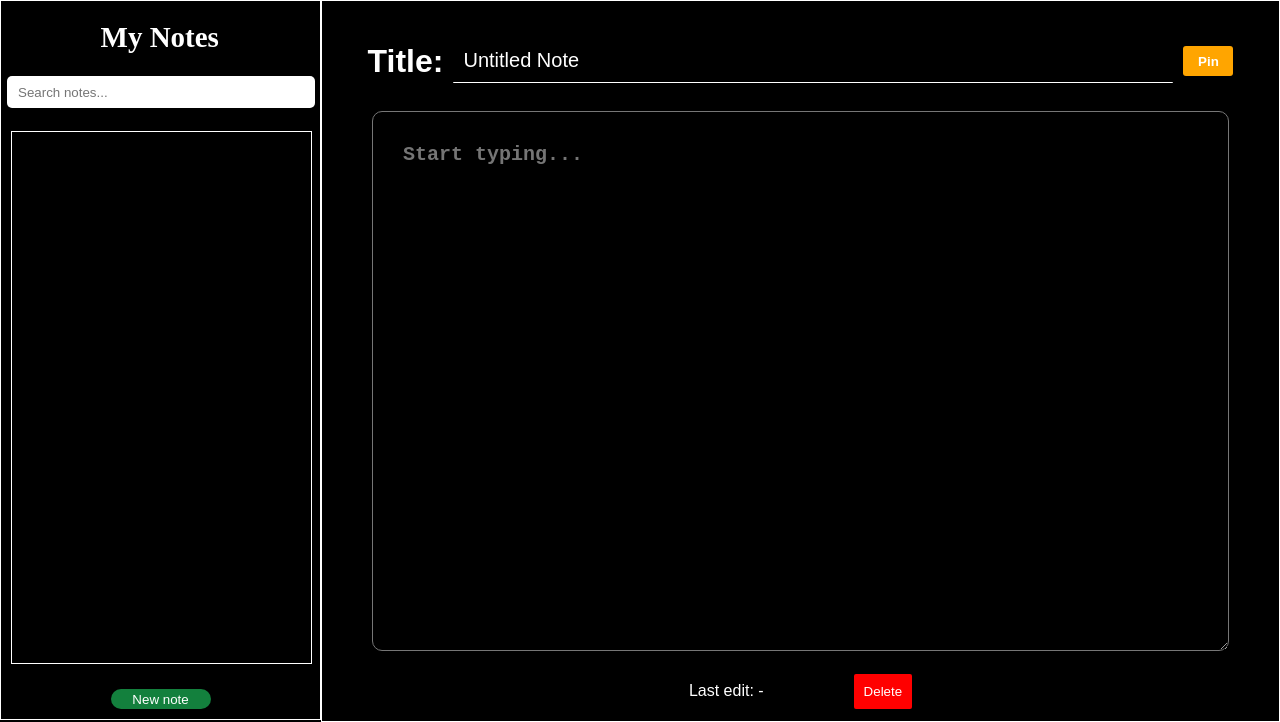
Repository: dmpelaez/myNotes
Page: QuickNotes.html
The author's editor kept a copy of each file at every save. The page is drawn from the files as they stood at one save, then again after the next save.
The browser window is 1280 px wide. The pictures show the whole page.

Above is the page before, as saved 2025-12-19 00:29:37.

After the next save:
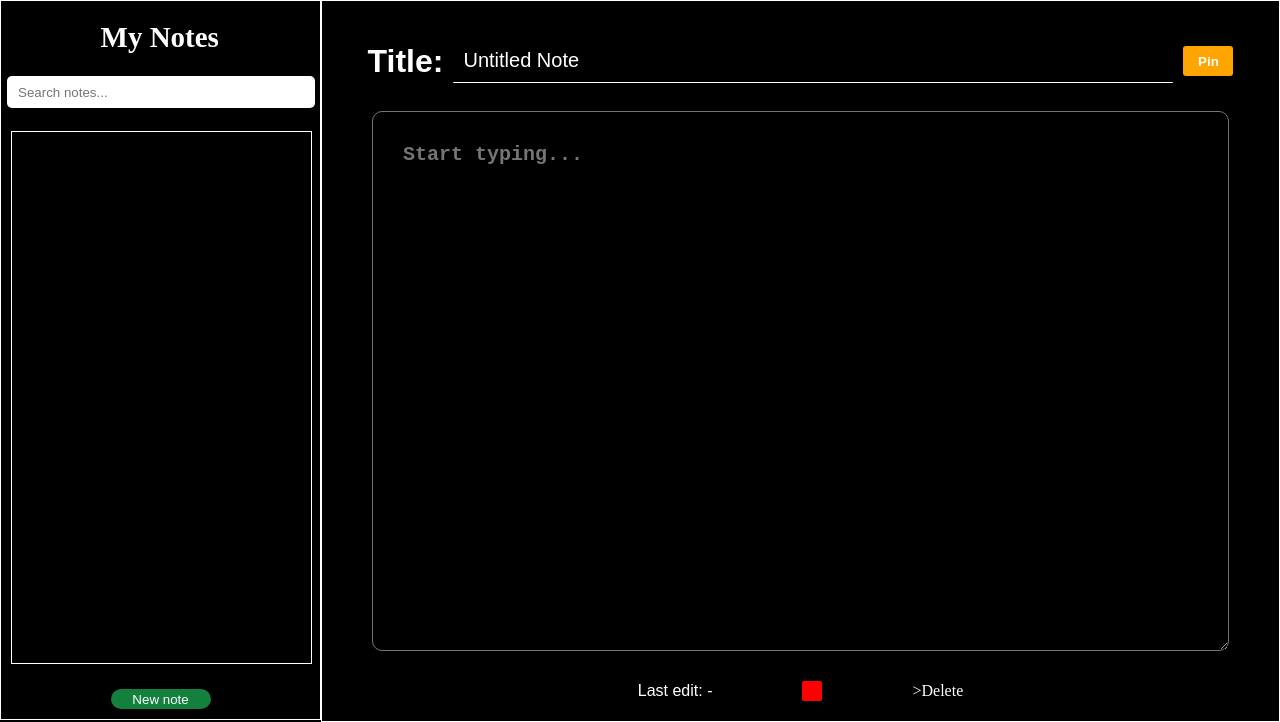
Saved 56 s later.
--- a/QuickNotes.html
+++ b/QuickNotes.html
@@ -45,9 +45,9 @@
         </div>
 
         <!---Delete button-->
-        <div class="delete" onclick="showModal()">
+        <div class="delete">
           <span class="edit">Last edit: -</span>
-          <button class="delete-btn">Delete</button>
+          <button class="delete-btn" onclick="showModal()"></button>>Delete</button>
         </div>
 
         <div class="delete-confirm">

After the save that followed:
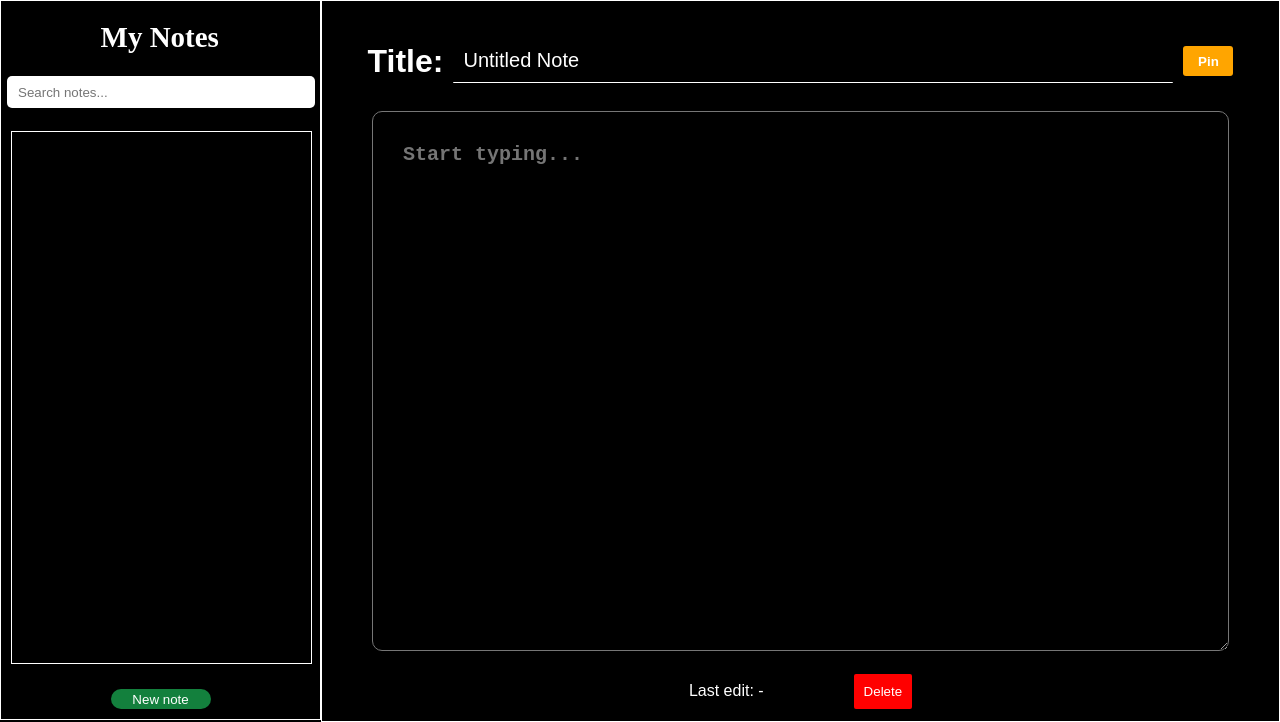
Saved 17 s later.
--- a/QuickNotes.html
+++ b/QuickNotes.html
@@ -47,7 +47,7 @@
         <!---Delete button-->
         <div class="delete">
           <span class="edit">Last edit: -</span>
-          <button class="delete-btn" onclick="showModal()"></button>>Delete</button>
+          <button class="delete-btn" onclick="showModal()">Delete</button>
         </div>
 
         <div class="delete-confirm">
